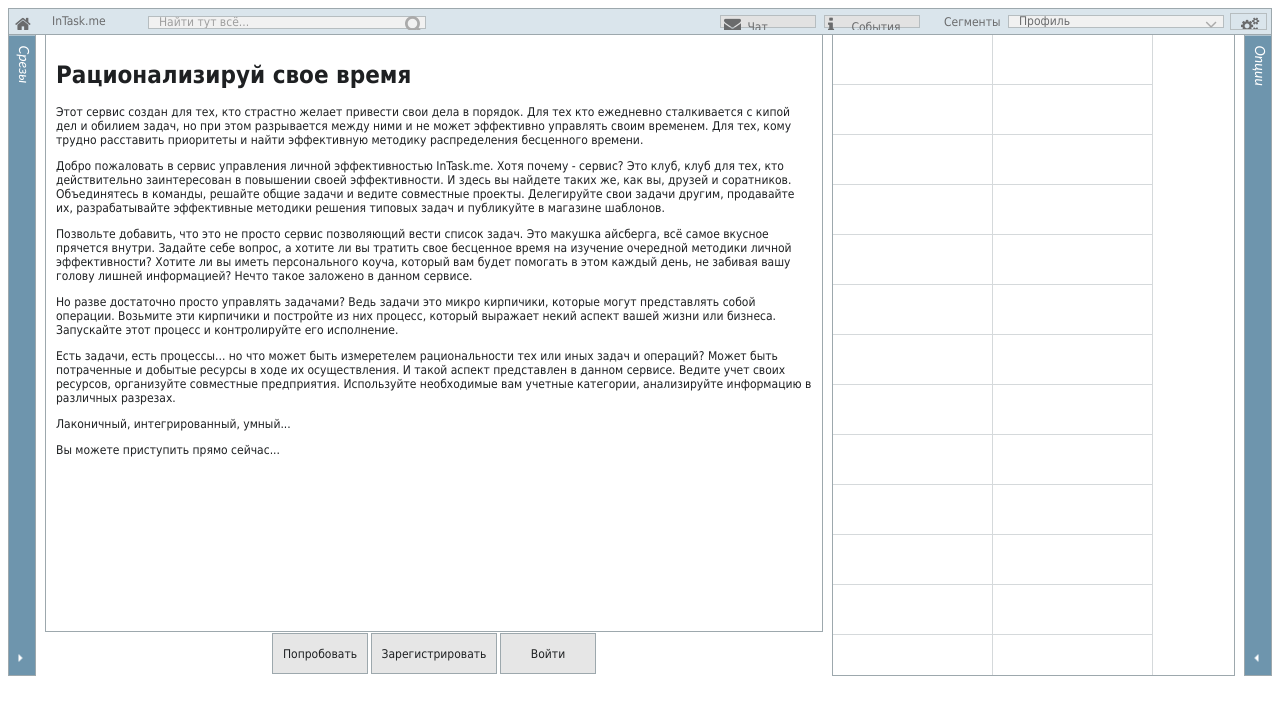
Repository: Startdoid/fnsc
Page: client/index.html
The author's editor kept a record of every edit. The page is drawn from the files as they stood at one moment, then again after the next edit.
The browser window is 1280 px wide. The pictures show the whole page.

Above is the page before.

### client/index.html
<!doctype html>
<html>
  <head>
    <meta content="charset=UTF-8" />
    <link rel="stylesheet" type="text/css" href="css/style.css" />
    <title>InTask.me</title>

    <script type="text/javascript" src="js/jquery.min.js"></script>
		<script type="text/javascript" src="js/underscore.js"></script>
		<script type="text/javascript" src="js/backbone.js"></script>

    <script type="text/javascript" src="codebase/webix_debug.js" charset="utf-8"></script>
    <link href="codebase/skins/web.css" rel="stylesheet" type="text/css">

    <script type="text/javascript" src="js/main.js"></script>
  </head>

  <style>
  	div.friend_avatar {
		  width: 120px;
		  float: left;
	  }
	 	div.friend_avatar img {
	  	border: none;
	  }

  	div.friend_info span {
  		display: block;
  		width: 64px;
  		font-weight: bold;
  		float: left;
  	}
  	.friend_info, .friend_avatar {
  		padding:8px;
  		line-height: 21px;
  	}
  	.mainSelector .webix_list_item {
	    line-height:50px;
    }
    .bless {
      border: none;
    }
  </style>

  <body>
		<div id="masterframe"></div>
		<div id="headerframe"></div>
		<div id="greetingframe"></div>
		<div id="centralframe"></div>
		<div id="registerframe"></div>
		<div id="loginframe"></div>
		<div id="userframe"></div>
		<div id="leftframe" style='width:20%'></div>
		<div id="rightframe" style='width:20%'></div>

		<div id="sliceframe" style='width:20%'></div>

		<div id="slicegroupsframe"></div>
		<div id="gridgroupsframe"></div>
		<div id="sliceusersframe"></div>
		<div id="sliceprojectsframe"></div>
		<div id="inslicegroups"></div>
		<div id="slicetagsframe"></div>

		<div id="userframe_profile_friendlist"></div>

		<div id="loginForm"></div>

		<div id="friendlist_template" style='display:none'>
  		<div class='friend_avatar'>
  			<img src='img/avatars/#img#'/>
  		</div>
  		<div class='friend_info'>
  			<div><span>Name:</span>#name#</div>
  			<div><span>Email:</span>#email#</div>
  		</div>
  	</div>

    <script type="text/javascript" charset="utf-8">
      var webix = window.webix;
	    window.App = {
	      //user
  	    Frame:      {},//webix cfg frame
        Models:     {},//backbone models
        WebixViews: {},//webix views in views dir with
        Views:      {},//backbone views in views dir
        Collections:{},//backbone collections in collection dir
        Trees:      {},
        WinSize:    {pageWidth:0, pageHeight:0, windowWidth:0, windowHeight:0}
       // Routes:     {} //backbone routes in main.js
      };

      window.App.GetWinSize = function() {
        var xScroll, yScroll;
        if (window.innerHeight && window.scrollMaxY) {
          xScroll = document.body.scrollWidth;
          yScroll = window.innerHeight + window.scrollMaxY;
        } else if (document.body.scrollHeight > document.body.offsetHeight){ // all but Explorer Mac
          xScroll = document.body.scrollWidth;
          yScroll = document.body.scrollHeight;
        } else if (document.documentElement && document.documentElement.scrollHeight > document.documentElement.offsetHeight){ // Explorer 6 strict mode
          xScroll = document.documentElement.scrollWidth;
          yScroll = document.documentElement.scrollHeight;
        } else { // Explorer Mac...would also work in Mozilla and Safari
          xScroll = document.body.offsetWidth;
          yScroll = document.body.offsetHeight;
        }

        var windowWidth, windowHeight;
        if (window.self.innerHeight) { // all except Explorer
          windowWidth = window.self.innerWidth;
          windowHeight = window.self.innerHeight;
        } else if (document.documentElement && document.documentElement.clientHeight) { // Explorer 6 Strict Mode
          windowWidth = document.documentElement.clientWidth;
          windowHeight = document.documentElement.clientHeight;
        } else if (document.body) { // other Explorers
          windowWidth = document.body.clientWidth;
          windowHeight = document.body.clientHeight;
        }

        var pageHeight, pageWidth;
        // for small pages with total height less then height of the viewport
        if(yScroll < windowHeight){
          pageHeight = windowHeight;
        } else {
          pageHeight = yScroll;
        }

        // for small pages with total width less then width of the viewport
        if(xScroll < windowWidth){
          pageWidth = windowWidth;
        } else {
          pageWidth = xScroll;
        }

        window.App.WinSize = { 'pageWidth':pageWidth, 'pageHeight':pageHeight, 'windowWidth':windowWidth, 'windowHeight':windowHeight };
      }();

      webix.ui.fullScreen();
			webix.ready(implementFunction);
    </script>
    <script type="text/javascript" src='js/models/task.js'></script>
    <script type="text/javascript" src='js/models/user.js'></script>
    <script type="text/javascript" src='js/models/group.js'></script>
    <script type="text/javascript" src='js/collections/tasks.js'></script>
    <script type="text/javascript" src='js/collections/groups.js'></script>
    <script type="text/javascript" src='js/views/dview.js'></script>
    <script type="text/javascript" src='js/views/wmasterview.js'></script>
  </body>
</html>

### client/js/main.js
//блок, который исполнит вебикс когда все загрузит
var implementFunction = (function() {
  var App = window.App;
  var webix = window.webix;
  var Backbone = window.Backbone;

  var showInterface = function(enable) {
    $$("sliceframe").define("collapsed", !enable);
    if(enable) $$("sliceframe").enable(); else $$("sliceframe").disable();
    $$("sliceframe").refresh();

    $$("optionsframe").define("collapsed", !enable);
    if(enable) $$("optionsframe").enable(); else $$("optionsframe").disable();
    $$("optionsframe").refresh();

    if(enable) $$("headerframe").enable(); else $$("headerframe").disable();
    $$("headerframe").refresh();
  };

  //создадим экземпляр бакбоновского роутера, который будет управлять навигацией на сайте
	App.Router = new (Backbone.Router.extend({
	  //слева роут, косая в скобках означает, что роут может быть как с косой чертой на конце, так и без нее
	  //справа функция, которая вызовется для соответствующего роута
		routes:{
			"login(/)":"login",
			"logout(/)":"logout",
			"register(/)":"register",
			"groups(/)":"groups",
			"tasks(/)":"tasks",
			"users(/)":"users",
			'home(/)':"home",
			'':"index"
		},
		//home выбрасывает в корень
		home:function() {
		  this.navigate('', {trigger: true});
		},
		//корень приложения
		index:function() {
		  if(App.User.get('id') === 0) {
        var promise = webix.ajax().get('api/logged', {}, function(text, data) {
          App.User.set('usrLogged', data.json().usrLogged);
          App.User.set('id', data.json().id);
          interfaceSelector();
	      });

        promise.then(function(realdata){}).fail(function(err) {
          connectionErrorShow(err);
        });
		  } else {
		    interfaceSelector();
		  }
		},
		groups:function() {
		  this.navigate('', {trigger: true});
		},
		tasks:function() {
		  this.navigate('', {trigger: true});
		},
		users:function() {
		  this.navigate('', {trigger: true});
		},
		login:function() {
      showInterface(false);
	    $$('loginframe').show();
		},
		logout:function() {
      var promise = webix.ajax().put("api/logout", { id: App.User.id });

      promise.then(function(realdata) {
        defaultState();
        App.Router.navigate('', {trigger: true});
      }).fail(function(err){
        connectionErrorShow(err);
      });
		},
		register:function() {
	    //Меняем окно приветствия, на окно регистрации
      showInterface(false);
	    $$('registerframe').show();
		}
	}))();

	//***************************************************************************
	//AFTER FETCH FUNCTIONs
  var showUserDataAfterFetch = function(User, response, options) {
    showInterface(true);

    $$('userframe').show();
    $$("userframe").hideProgress();

    $$("optionsframe_views_userprofile").show();

    App.Collections.Groups.fetch({ success: showGroupDataAfterFetch });
  };

  var showGroupDataAfterFetch = function(Groups, response, options) {
    App.Trees.GroupTree.treeBuild(App.Collections.Groups.models);

    $$('ingrid_groupframe').load('GroupData->load');
    $$('slicegroups').load('GroupData->load');
  };

  var showTaskDataAfterFetch = function(Tasks, response, options) {
    App.Trees.TaskTree.treeBuild(App.Collections.Tasks.models);

    $$('ingrid_taskframe').load('TaskData->load'); //!!!!!!!!!!!!!!!!!!!!!
  };

  //***************************************************************************
  //INTERFACE MANIPULATION
  var interfaceSelector = function() {
    //если пользователь залогинился
  	if(App.User.get('usrLogged')) {
  	  //Отрисовка интерфейса в зависимости от выбранного сегмента
  	  showInterface(true);
  	  switch(App.User.get('thisSegment')) {
        case 'users':
       	  $$("userframe").showProgress({
            type:"icon",
            delay:500
          });

          App.User.url = '/api/users/' + App.User.get('id');
          App.User.fetch({ success: showUserDataAfterFetch });

          break;
        case 'groups':
          App.Collections.Groups.fetch({ success: showGroupDataAfterFetch });
          $$('groupframe').show();
          break;
        case 'tasks':
          App.Collections.Tasks.fetch({ success: showTaskDataAfterFetch });
          $$('taskframe').show();
          break;
        case 'templates':
          // code
          break;
        case 'finances':
          break;
        case 'process':
          // code
          break;
        case 'files':
          // code
          break;
        case 'notes':
          // code
          break;
  	  }
  	} else {
  	  showInterface(false);
  	  $$('greetingframe').show();
  	} //if(App.User.usrLogged)
  };

  var connectionErrorShow = function(err) {
    if(err.status === 434) {
      defaultState();
      App.Router.navigate('', {trigger: true});
    }
    webix.message({type:"error", text:err.responseText});
  };

  //***************************************************************************
  //INIT FUNCTIONs
  var UserModelInit = function() {
    //Инициализируем глобальный объект пользователя со всеми настройками приложения
  	App.User = new App.Models.User();

  	//Привязываем события которые будут обрабатываться User model
  	App.User.on('change:thisSegment', function() {
  	});

  	App.User.on('change:thisTry', function() {
  	  //App.Router.navigate('home', {trigger:true} );
  	});

  	App.User.on('change:this_ingrid_groupframe_ItemSelected', function() {
  	  //console.log(App.User.get('this_ingrid_groupframe_ItemSelected') + " item select");
  	});
  };

  var GroupModelInit = function() {
  	App.Trees.GroupTree = new treeManager();

  	App.Collections.Groups = new collectionGroups();

  	App.Collections.Groups.on('add', function(grp) {
  	  App.Trees.GroupTree.treeAdd(grp);
  	});

  	App.Collections.Groups.on('remove', function(ind) {
  	  App.Trees.GroupTree.treeRemove(ind);
  	});

    App.Collections.Groups.on('change', function(model, options) {
      App.Trees.GroupTree.treeChange(model);
      model.save();
    });

    App.Collections.Groups.on('move', function(currentPosId, newPosId, parentId) {
      App.Trees.GroupTree.move(currentPosId, newPosId, parentId);
    });
  };

  var TaskModelInit = function() {
    App.Trees.TaskTree = new treeManager();

    App.Collections.Tasks = new collectionTasks();

    App.Collections.Tasks.on('add', function(tsk) {
      App.Trees.TaskTree.treeAdd(tsk);
    });

  	App.Collections.Tasks.on('remove', function(ind) {
  	  App.Trees.TaskTree.treeRemove(ind);
  	});

    App.Collections.Tasks.on('change', function(model, options) {
      App.Trees.TaskTree.treeChange(model);
      model.save();
    });

    App.Collections.Tasks.on('move', function(currentPosId, newPosId, parentId) {
      App.Trees.TaskTree.move(currentPosId, newPosId, parentId);
    });
  };

  var defaultState = function() {
    delete App.User;
    UserModelInit();

    delete App.Trees.GroupTree;
    delete App.Collections.Groups;
    GroupModelInit();

    delete App.Trees.TaskTree;
    delete App.Collections.Tasks;
    TaskModelInit();

    $$('ingrid_taskframe').clearAll();

    $$('ingrid_groupframe').clearAll();
    $$('slicegroups').clearAll();

    $$('mnuSegments').setValue(1);
  };

  //***************************************************************************
  //TREE MANAGER
  //объект организует работу с деревьями, для того что бы линейную бэкбоновскую коллекцию
  //разворачивать в древовидную структуру и выводить в webix-овые вьюхи
	var treeManager = function (collection) {
	  //древовидный массив
	  var tree = [];
	  var views = [];

    //рекурсивный перебор
    var treeRecursively = function(branch, list) {
      if (typeof branch === 'undefined') return null;
      var tr = [];
      for(var i=0; i<branch.length; i++)
      {
          branch[i].data = treeRecursively(list[ branch[i].id ], list);
          tr.push(branch[i]);
      }
      return tr;
    };

    //функция рекурсивного обхода дерева, корень дерева представлен, как branch
    //ветка дерева содержится в массиве data корня branch т.е. branch->data[branch->data[branch->data]] и т.д.
    var recursively = function(branch, element, oper) {
      //проверка на то что корень является данными типа - объект
      if (typeof branch === 'undefined') return false;
      //проверка на то что корень не обнулен
      if (branch === null) return false;

      //Если родитель корневой элемент, то добавим в корень
      if ((oper === 'add') && (element.parent_id === 0)) {
        branch.push(element);
        return true;
      }

      for (var i = 0; i<branch.length; i++) {
        if (branch[i] === null) continue;

        if (oper === 'add') {
          if (element.parent_id === branch[i].id) {
            if ((branch[i].data === null) || (typeof branch[i].data === 'undefined')) {
              branch[i].data = [];
            }
            branch[i].data.push(element);
            return true;
          } else {
            if(recursively(branch[i].data, element, oper)) { return true }
          }
        } else {
          if (element.id === branch[i].id) {
            //var deletedElements = this.models.splice(delElementIndex, 1); ПОПРОБУЙ
            branch[i] = null;
            //delete branch[i];
            return true;
          }
          else
          {
            if(recursively(branch[i].data, element, oper)) { return true }
          }
        }
      }
    };

    this.treeBuild = function(collection) {
	    //преобразуем в линейный массив бэкбоновскую коллекцию (разворачиваем атрибуты объекта)
      var maplist = collection.map(function(object) { return object.attributes });
      if(maplist.length > 0) {
        //сгруппируем элементы массива по родителю
        var list = _.groupBy(maplist, 'parent_id');
        //рекурсивно перебирая сгруппированный массив построим дерево
        tree = treeRecursively(list[0], list);
      } else {
        tree = [];
      }
    };

    //добавление элемента в дерево, автоматическое обновление элементов во вьюхах из массива views
    this.treeAdd = function(element) {
      var result = recursively(tree, webix.copy(element.attributes), 'add');
      if(result) {
        //var currentItem = views[0].getItem(element.attributes.parent_id);
        //views[0].data.sync(tree);
        for (var i = views.length; i--; ) {
          //var insertIndex = tree.getIndexById(element.attributes.parent_id);
          views[i].add(webix.copy(element.attributes), -1, element.attributes.parent_id);
          views[i].refresh();
        }
      }
    };

    this.treeRemove = function(element) {
      var result = recursively(tree, element.attributes, 'delete');
      if(result) {
        for (var i = views.length; i--; ) {
          views[i].remove(element.attributes.id);
          views[i].refresh();
        }
      }
    };

    this.treeChange = function(element) {
      for (var i = views.length; i--; ) {
        var record = views[i].getItem(element.get('id'));
        var chgAtr = element.changedAttributes();
        var keysArr = _.keys(chgAtr);
        var valuesArr = _.values(chgAtr);
        for (var j = keysArr.length; j--; ) {
          record[keysArr[j]] = valuesArr[j];
        }
        views[i].refresh();
      }
    };

    this.move = function(currentPosId, newPosId, parentId) {
      for (var i = views.length; i--; ) {
        //var newPosIndex = views[i].getBranchIndex(newPosId, views[i].getParentId(newPosId));
        //views[i].move(currentPosId, newPosIndex, null, { parent: views[i].getParentId(newPosId) });
        //views[i].refresh();
        var newPosIndex = views[i].getBranchIndex(newPosId, parentId);
        views[i].move(currentPosId, newPosIndex, null, { parent: parentId });
        views[i].refresh();
      }
    };

    //добавление вьюхи в массив для датабиндинга
    this.viewsAdd = function(view) {
      if (typeof view === 'object')
      {
        //добавим в массив, если нет такой
        if(views.indexOf(view) === -1) {
          views.push(view);

          //обновим вновь добавленную информ��цией из дерева
          view.clearAll();
          view.parse(JSON.stringify(tree));
        }
      }
    };

    //удаление вьюхи из массива датабиндинга
    this.viewsDelete = function(view) {
      console.log('view delete');
    };

    //если при создании объекта передан не пустой параметр, то формируется дерево
	  if (typeof collection !== 'undefined')
	  {
	    this.treeBuild(collection);
	  }
  };

  //_.extend(App.Collections.Groups, Backbone.Events);
  UserModelInit();
  GroupModelInit();
  TaskModelInit();

// var userframe_profile_friendlist = {
//   view:"dataview", id:"userframe_profile_friendlist",container:"userframe_profile_friendlist",select:1,
// 	width:300, minHeight:App.WinSize.windowHeight / 100 * 85, autoheight:false,
// 	borderless:false, scroll:'y', yCount:9, xCount:1,
// 	type:{ height: 80, width:300 },
// 	template:"html->friendlist_template",
//   url:'api/userlist',
//   on: {
//     'onScroll': function(pos)
//     {
//       webix.message(pos);
//     }
//   }
// };

webix.proxy.UserListData = {
  $proxy: true,
	load: function(view, callback, details) {
		console.log(details)
		if (details){
			var data = [];
			for (var i=0; i<details.count; i++)
				data.push("x"+(i+1+details.from));

		  	//need to be async
				webix.delay(function() {
					webix.ajax.$callback(view, callback, {
						pos:details.from,
						data:data
					});
				});
		} else {
			webix.ajax.$callback(view, callback, {
				total_count:200,
				data:["1","2","3","4","5"]
			});
		}
	}
};

var userframe_profile_friendlist = {
  id:"userframe_profile_friendlist",
				container:"userframe_profile_friendlist",
				view:"dataview",
				//select:1,
				autowidth:true,
				type:{template:"{common.space()}"},
				url:webix.proxy.UserListData
};


  //вебикс конфигурация основного окна загруженная в экземпляр объекта вебиксового менеджера окон
  //описание внизу модуля
  var masterframe = new webix.ui({
    id:"masterframe",
    container:"masterframe",
    //minHeight:App.WinSize.windowHeight / 100 * 95,
    autoheight:true,
    autowidth:true,
    cols:[{
    rows:[App.Frame.headerframe,
      {cols:[App.Frame.sliceframe, App.Frame.centralframe, userframe_profile_friendlist, App.Frame.optionsframe]}
    ]
    }]
  });
  webix.extend($$("userframe"), webix.ProgressBar);

  $$("userframe_profile_friendlist").attachEvent("onScrollY", function(pos){
            var state = $$('userframe_profile_friendlist').getScrollState();
            webix.message("The scroll coordinates: ["+state.x+","+state.y+"]");
});

  $$('ingrid_groupframe').attachEvent('onAfterEditStart', function(id) {
    App.User.set('this_ingrid_groupframe_ItemEdited', id);
  });

  $$('ingrid_groupframe').attachEvent('onAfterEditStop', function(state, editor, ignoreUpdate) {
    var ItemEdited = App.User.get('this_ingrid_groupframe_ItemEdited');
    var ItemSelected = App.User.get('this_ingrid_groupframe_ItemSelected');
    if (editor.column === 'name') {
      if(ItemEdited != ItemSelected) {
        this.getItem(ItemEdited).name = state.old;
        this.updateItem(ItemEdited);
        App.User.set('this_ingrid_groupframe_ItemEdited', null);
      } else {
        var selectGroup = App.Collections.Groups.get(App.User.get('this_ingrid_groupframe_ItemEdited'));
        selectGroup.set({ 'name': state.value });
      }
    }
  });

  $$('ingrid_taskframe').attachEvent('onAfterEditStart', function(id) {
    App.User.set('this_ingrid_taskframe_ItemEdited', id);
  });

  $$('ingrid_taskframe').attachEvent('onAfterEditStop', function(state, editor, ignoreUpdate) {
    var ItemEdited = App.User.get('this_ingrid_taskframe_ItemEdited');
    var ItemSelected = App.User.get('this_ingrid_taskframe_ItemSelected');
    if (editor.column === 'name') {
      if(ItemEdited != ItemSelected) {
        this.getItem(ItemEdited).name = state.old;
        this.updateItem(ItemEdited);
        App.User.set('this_ingrid_taskframe_ItemEdited', null);
      } else {
        var selectTask = App.Collections.Tasks.get(App.User.get('this_ingrid_taskframe_ItemEdited'));
        selectTask.set({ 'name': state.value });
      }
    }
  });
  showInterface(false);

  webix.i18n.parseFormatDate = webix.Date.strToDate("%m/%d/%Y");
  webix.event(window, "resize", function() { masterframe.adjust(); });
  Backbone.history.start({pushState: true, root: "/"});
});

//(frame)(id)(view)
//masterframe|
//->headerframe||toolbar
// ->btnHome|btnHome|button
// ->lblInTask|lblInTask|label
// ->searchMaster||search
// ->btnChat||toggle-iconButton
// ->btnEvents||toggle-iconButton
// ->mnuSegments||richselect
// ->btnSettings|btnSettings|button
//->sliceframe|sliceframe|accordion
// ->slicegroups|slicegroups|tree
// ->sliceusers|sliceusers|tree
// ->sliceprojects|sliceprojects|tree
// ->slicecategory|slicecategory|tree
// ->slicetags|slicetags|tree
//[ container:'centralframe' - в контейнере замещаются фреймы
//->greetingframe|greetingframe|
// ->||htmlform|http->greeting.html
// ->|btnTry|button
// ->|btnRegister|button
// ->|btnLogin|button
//->groupframe|groupframe|tabview
// ->|mygroups_groupframe|
//  ->grouptoolframe|grouptoolframe|toolbar
//   ->||button
//   ->||button
//  ->ingrid_groupframe|ingrid_groupframe|treetable
// ->|communitygroups_groupframe|
//  ->grouptoolframe|grouptoolframe|toolbar
//   ->||button
//   ->||button
//  ->
//]
//->optionsframe|optionsframe|accordion

//throw new TypeError('Array.prototype.some called on null or undefined')

//$$('tree').move("a13", null, null, { parent: "new parent id" });

//console.log(masterframe.getChildViews()[1].getChildViews()23);
//console.log(top.getChildViews()[1]);
//webix.ui( App.Frame.workframe, $$('masterframe'), top.getChildViews()[1].getChildViews()[1]);

//$$("mylist").attachEvent("onAfterSelect", function(id){
  //Router.navigate("films/"+id, { trigger:true });
//});

  //App.Collections.SliceGroups = new collectionGroups();
	//App.Collections.SliceGroups.fetch();
	//if(App.Collections.SliceGroups.length === 0) {
    //addDefaultGroupsModel();
	//} else {
	//  var defaultModels = App.Collections.SliceGroups.where({name: 'Default'});
	//  if(defaultModels.length === 0) {
	//    addDefaultGroupsModel();
	//  }
	//};

Loaded but not shown: client/js/jquery.min.js (library); client/codebase/webix_debug.js (library); client/js/backbone.js (1608 lines, source omitted); client/js/underscore.js (1416 lines, source omitted); client/js/views/wmasterview.js (861 lines, source omitted); client/js/collections/groups.js (153 lines, source omitted); client/js/collections/tasks.js (151 lines, source omitted); client/js/models/group.js (22 lines, source omitted); client/js/models/user.js (12 lines, source omitted); client/js/models/task.js (10 lines, source omitted); client/codebase/skins/web.css (1153 lines, source omitted); client/greeting.html (27 lines, source omitted); client/js/views/dview.js (no copy from this time; the picture is the same without it); client/css/style.css (no copy from this time; the picture is the same without it)

After the next edit:
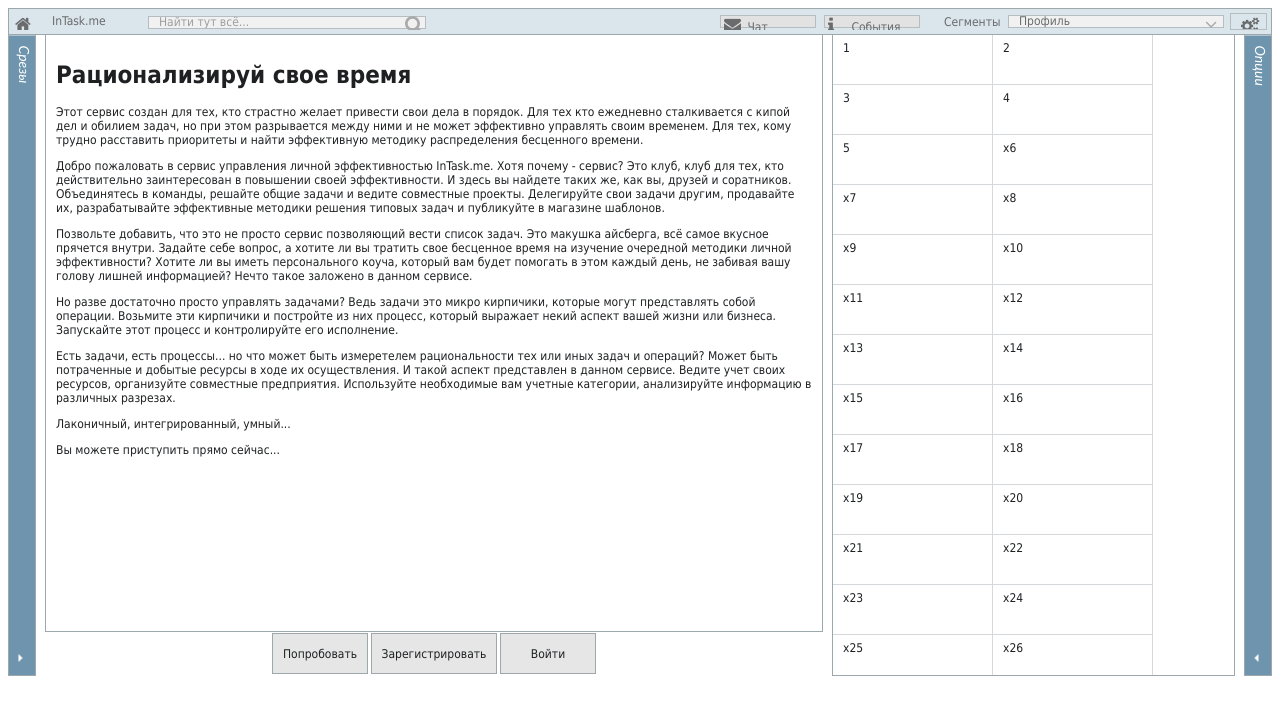
The edit:
--- a/client/js/main.js
+++ b/client/js/main.js
@@ -445,12 +445,12 @@
 
 var userframe_profile_friendlist = {
   id:"userframe_profile_friendlist",
-				container:"userframe_profile_friendlist",
-				view:"dataview",
-				//select:1,
-				autowidth:true,
-				type:{template:"{common.space()}"},
-				url:webix.proxy.UserListData
+	container:"userframe_profile_friendlist",
+	view:"dataview",
+	//select:1,
+	autowidth:true,
+	//type:{template:"{common.space()}"},
+	url:webix.proxy.UserListData
 };
 
 
